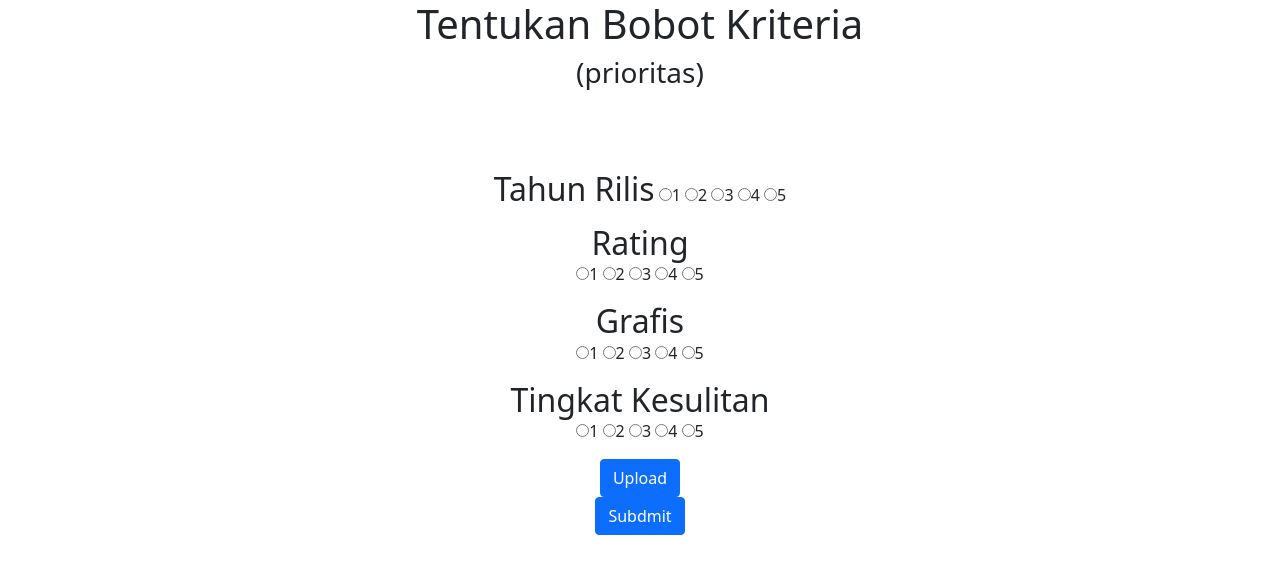
Repository: aqordeon/SPKWP
Page: http://localhost/hitungKriteria.php
An editor plug-in stored every save of this project. The page is shown before and after the next save, followed by the edit.
The browser window is 1280 px wide. The pictures show the whole page.
The page is run by PHP 8.4 with error messages shown; the project is at /var/www/html/. Queries for data that is not in the repository find no rows.

Above is the page before, as saved 2021-01-01 23:34:23.

### hitungKriteria.php
<?php
        session_start();
        include "koneksi.php";

    ?><html lang="en">
<head>
    <meta charset="UTF-8">
    <meta name="viewport" content="width=device-width, initial-scale=1.0">
    <title>Document</title>
    <link href="https://cdn.jsdelivr.net/npm/bootstrap@5.0.0-beta1/dist/css/bootstrap.min.css" rel="stylesheet" integrity="sha384-giJF6kkoqNQ00vy+HMDP7azOuL0xtbfIcaT9wjKHr8RbDVddVHyTfAAsrekwKmP1" crossorigin="anonymous">

</head>
<body>
    <div class="container">
    <center>
        <h1>Tentukan Bobot Kriteria</h1>
        <h3>(prioritas)</h3>

        <br><br><br>



            <?php

                $tabelkriteria = mysqli_query($con, "SELECT * FROM tb_kriteria");
                $baristabelkriteria = mysqli_num_rows($tabelkriteria);
            ?>

            <div class="container">
            <form method="post" action="" enctype='multipart/form-data'>
                <h2 style="display: inline;">Tahun Rilis</h2>
                <form method="post" action="" enctype='multipart/form-data'>
                    <label class="radio-inline">
                        <input type="radio" name="optradio_tahunrilis" value="1">1 <!-- name = optradio1 / optradio2 -->
                    </label>
                    <label class="radio-inline">
                        <input type="radio" name="optradio_tahunrilis" value="2">2
                    </label>
                    <label class="radio-inline">
                        <input type="radio" name="optradio_tahunrilis" value="3">3
                    </label>
                    <label class="radio-inline">
                        <input type="radio" name="optradio_tahunrilis" value="4">4
                    </label>
                    <label class="radio-inline">
                        <input type="radio" name="optradio_tahunrilis" value="5">5
                    </label>
                </form>

                <h2 style="display: inline;">Rating</h2>
                <form method="post" action="" enctype='multipart/form-data'>
                    <label class="radio-inline">
                        <input type="radio" name="optradio_rating" value="1">1 <!-- name = optradio1 / optradio2 -->
                    </label>
                    <label class="radio-inline">
                        <input type="radio" name="optradio_rating" value="2">2
                    </label>
                    <label class="radio-inline">
                        <input type="radio" name="optradio_rating" value="3">3
                    </label>
                    <label class="radio-inline">
                        <input type="radio" name="optradio_rating" value="4">4
                    </label>
                    <label class="radio-inline">
                        <input type="radio" name="optradio_rating" value="5">5
                    </label>
                </form>

                <h2 style="display: inline;">Grafis</h2>
                <form method="post" action="" enctype='multipart/form-data'>
                    <label class="radio-inline">
                        <input type="radio" name="optradio_grafis" value="1">1 <!-- name = optradio1 / optradio2 -->
                    </label>
                    <label class="radio-inline">
                        <input type="radio" name="optradio_grafis" value="2">2
                    </label>
                    <label class="radio-inline">
                        <input type="radio" name="optradio_grafis" value="3">3
                    </label>
                    <label class="radio-inline">
                        <input type="radio" name="optradio_grafis" value="4">4
                    </label>
                    <label class="radio-inline">
                        <input type="radio" name="optradio_grafis" value="5">5
                    </label>
                </form>

                <h2 style="display: inline;">Tingkat Kesulitan</h2>
                <form method="post" action="" enctype='multipart/form-data'>
                    <label class="radio-inline">
                        <input type="radio" name="optradio_tingkatkesulitan" value="1">1 <!-- name = optradio1 / optradio2 -->
                    </label>
                    <label class="radio-inline">
                        <input type="radio" name="optradio_tingkatkesulitan" value="2">2
                    </label>
                    <label class="radio-inline">
                        <input type="radio" name="optradio_tingkatkesulitan" value="3">3
                    </label>
                    <label class="radio-inline">
                        <input type="radio" name="optradio_tingkatkesulitan" value="4">4
                    </label>
                    <label class="radio-inline">
                        <input type="radio" name="optradio_tingkatkesulitan" value="5">5
                    </label>
                </form>
                <input type='submit' class="btn btn-primary" value='Upload' name='kriteria_submit'>

            </form>
            </div>


            <a href="hitung_vektor.php" class="btn btn-primary" name='kriteria_submit'>Subdmit</a>   <!-- mengarah ke hitung_vektor.php -->

    </center>

    <?php
        if(isset($_POST['kriteria_submit'])){

            $_SESSION["bobotkriteria_tahunrilis"] = $_POST["optradio_tahunrilis"];
            echo "<div class='alert alert-info'>Query berhasil dan file telah dipindah.</div>";
                    echo "<meta http-equiv='refresh' content='4;url=hitung_vektor.php'>";

        }
    ?>


</div>
</body>
</html>

### koneksi.php
<?php
    $servername = "localhost";
    $username = "root";
    $password = "";
    $database = "db_spkwp";

    $con = mysqli_connect($servername, $username, $password, $database);

    // $ambilparagraf = $con->query("SELECT * FROM paragraph");
    // $cekdbparagraf = $ambilparagraf->fetch_assoc();
?>

After the next save:
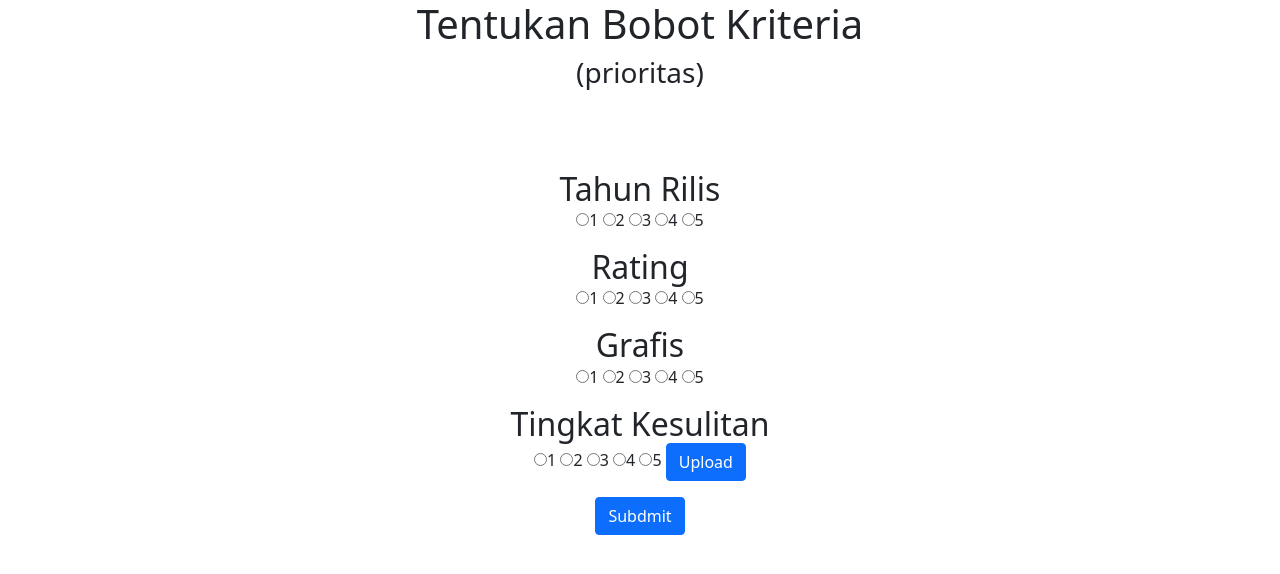
Saved 7 min 15 s later.
--- a/hitungKriteria.php
+++ b/hitungKriteria.php
@@ -27,7 +27,6 @@
             ?>
 
             <div class="container">
-            <form method="post" action="" enctype='multipart/form-data'>
                 <h2 style="display: inline;">Tahun Rilis</h2>
                 <form method="post" action="" enctype='multipart/form-data'>
                     <label class="radio-inline">
@@ -102,10 +101,10 @@
                     <label class="radio-inline">
                         <input type="radio" name="optradio_tingkatkesulitan" value="5">5
                     </label>
+                    <input type='submit' class="btn btn-primary" value='Upload' name='kriteria_submit'>
                 </form>
-                <input type='submit' class="btn btn-primary" value='Upload' name='kriteria_submit'>
 
-            </form>
+
             </div>
 
 
